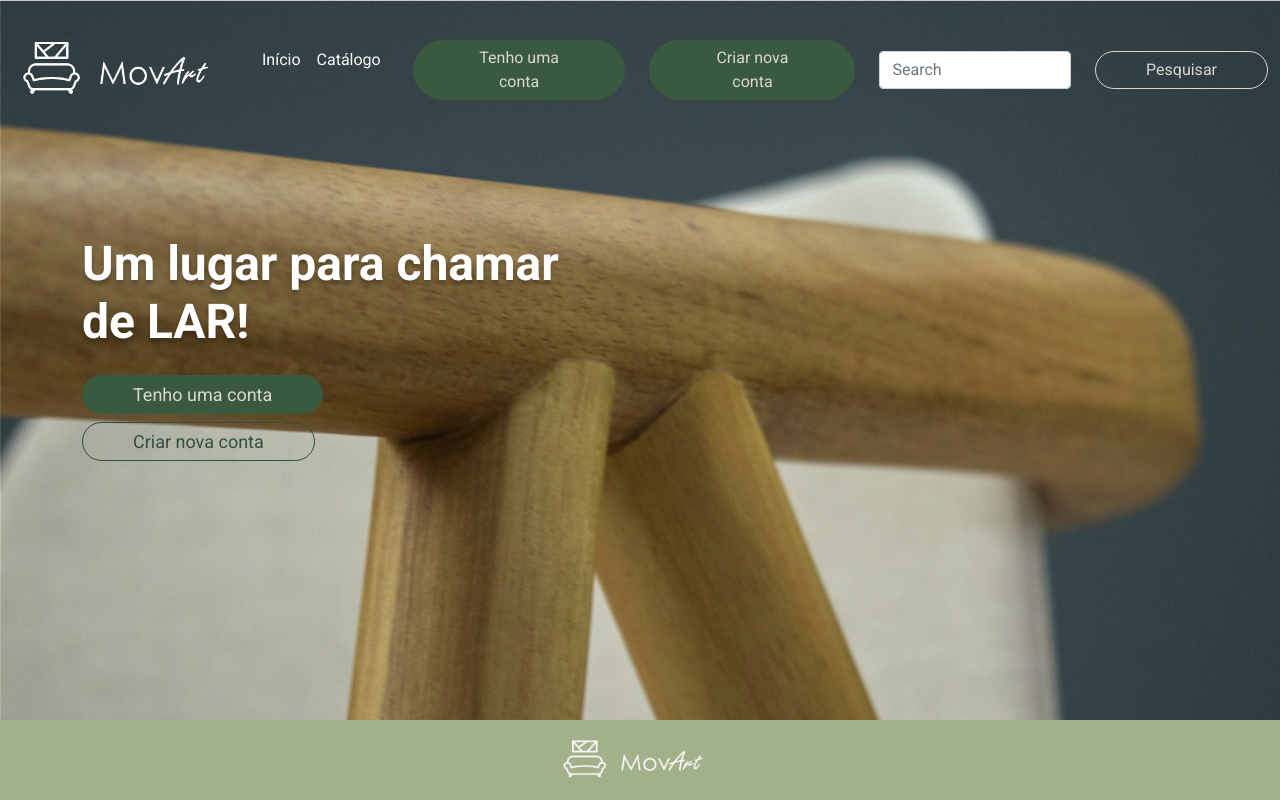
Repository: telesbp/Projeto-4-e-Projeto-5
Page: / (app in front-end/)
The author's editor kept a copy of each file at every save. The page is drawn from the files as they stood at one save, then again after the next save.
The browser window is 1280 px wide. The pictures show the whole page.
The project was rebuilt for these pictures with package versions that can differ from the ones it lists, and the page was loaded fresh each time.

Above is the page before, as saved 2022-07-17 20:28:48.

After the next save:
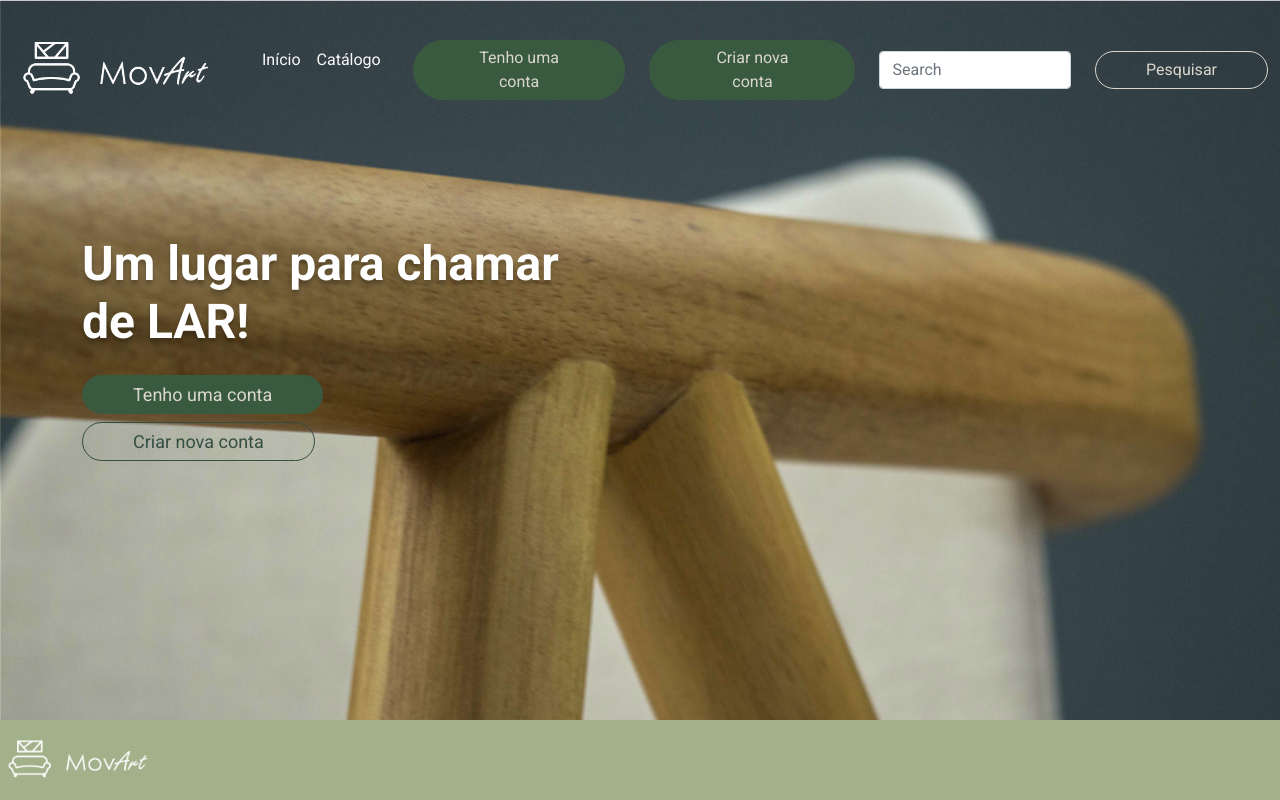
Saved 41 s later.
--- a/front-end/src/components/Layout/Footer.tsx
+++ b/front-end/src/components/Layout/Footer.tsx
@@ -4,7 +4,7 @@ import LogoBrand from "../../assets/img/logobranca.png"
 
 export function Footer () {
     return(
-        <footer className="text-center">
+        <footer>
             <ContainerStyle>
                 <img src={LogoBrand} alt="MovArt" width={170} height={80}/>
             </ContainerStyle>
